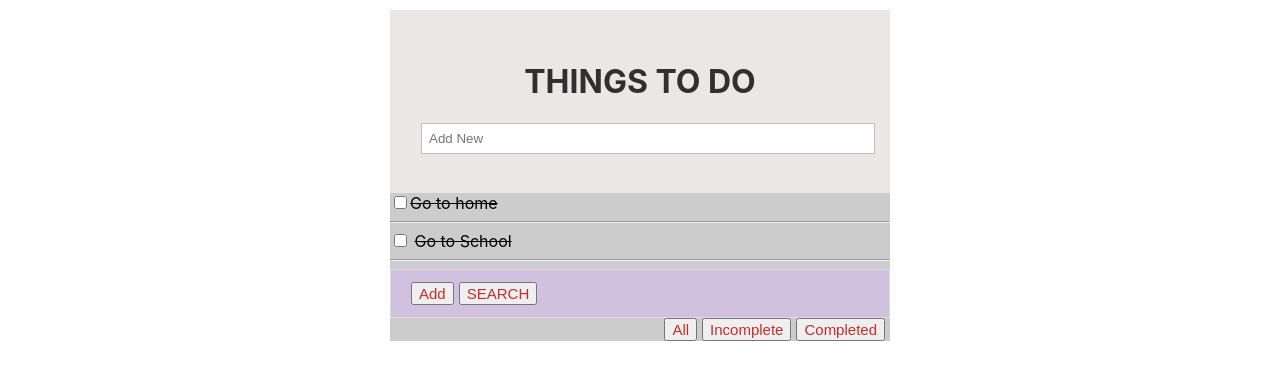
Repository: kirangautam45/To-Do-Application
Page: /
These files come from the project's save history. The page is drawn as it stood at one moment and after a run of saves; the edit follows.
The browser window is 1280 px wide. The pictures show the whole page.
The project was rebuilt for these pictures with package versions that can differ from the ones it lists, and the page was loaded fresh each time.

Above is the page before, as saved 2022-08-11 15:05:53.

### src/App.js
import "./App.css";

function App() {
  return (
    <div>
      <div className="Body">
        <div className="To_Body">
          <h1 className="Header"> THINGS TO DO</h1>
          <input className="Input_text" placeholder="Add New" />
        </div>
        <div className="Box">
          <input type="checkbox" />
          <span className="Text">Go to home</span>
          <hr />
          <div className="Border"></div>
          <input className="Text" type="checkbox" />{" "}
          <span className="Text"> Go to School </span>
          <hr />
        </div>
        <div>
          <div className="Icon">
              <button  className="Icon_button">Add</button>
              <button className="Icon_button">SEARCH</button>
              </div>
              <div className="Icon_right">
              <button className="Icon_button">All</button>
              <button className="Icon_button">Incomplete</button>
              <button className="Icon_button">Completed</button>
            </div>
          </div>
        </div>
      </div>
  );
}

export default App;

### src/App.css
.Body {
  background-color: #ccc;
 width: 500px;
 margin: 10px auto;
display: 'flex';

}
.Header{
  text-align: center;
  color:rgb(49, 48, 48);
}
.To_Body{
min-height: fit-content;
justify-content: center;
background-color: #ebe7e7;
padding: 30px;
border: 1px rgb(234, 228, 228);
    border-top-style: none;
    border-right-style: none;
    border-left-style: none;
border-style: solid solid none;
}
.Input_text{
  outline: none;
  width: 100%;
  padding: 7px;
  border: 1px solid  rgb(192, 191, 191);
  margin-bottom: 2%;
}
.Icon{
  height: auto;
justify-content: space-between;
border: 1px solid #ddd;
background-color: #d0c1de;
padding: 12px 20px;
text-decoration: line-through;

}
.Icon_left{
text-align: left;
position: relative;
margin-top: 0%;
}
.Icon_right{
text-align: right;
position: relative;
box-sizing: border-box;

}

.Icon_button {
  height:auto;
  width: auto;
  align-items: left;
  color: rgb(201, 42, 42);
  font-size: 15px;
  margin-right: 5px;
  cursor: pointer;
  height: 1;
  padding: 5;

}
.Border{
  line-break: auto 1 ;
  border-radius: 1rem;
}
.Text{
  text-decoration: line-through;
    text-decoration-line: line-through;
    text-decoration-style: solid;
    text-decoration-color: currentcolor;
    text-decoration-thickness: auto;
}

Loaded but not shown: public/index.html (common file); src/index.js (common file); src/index.css (common file)

After the next 7 saves:
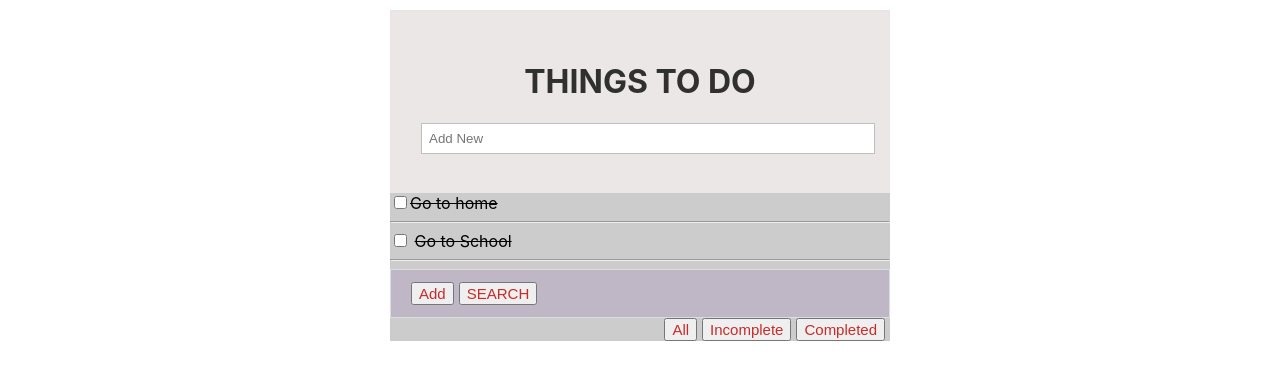
The 7 saves are shown as one change because they came seconds apart.
The last was saved 2 min 18 s later.
--- a/src/App.css
+++ b/src/App.css
@@ -31,7 +31,7 @@ border-style: solid solid none;
   height: auto;
 justify-content: space-between;
 border: 1px solid #ddd;
-background-color: #d0c1de;
+background-color: #bfb7c6;
 padding: 12px 20px;
 text-decoration: line-through;
 
